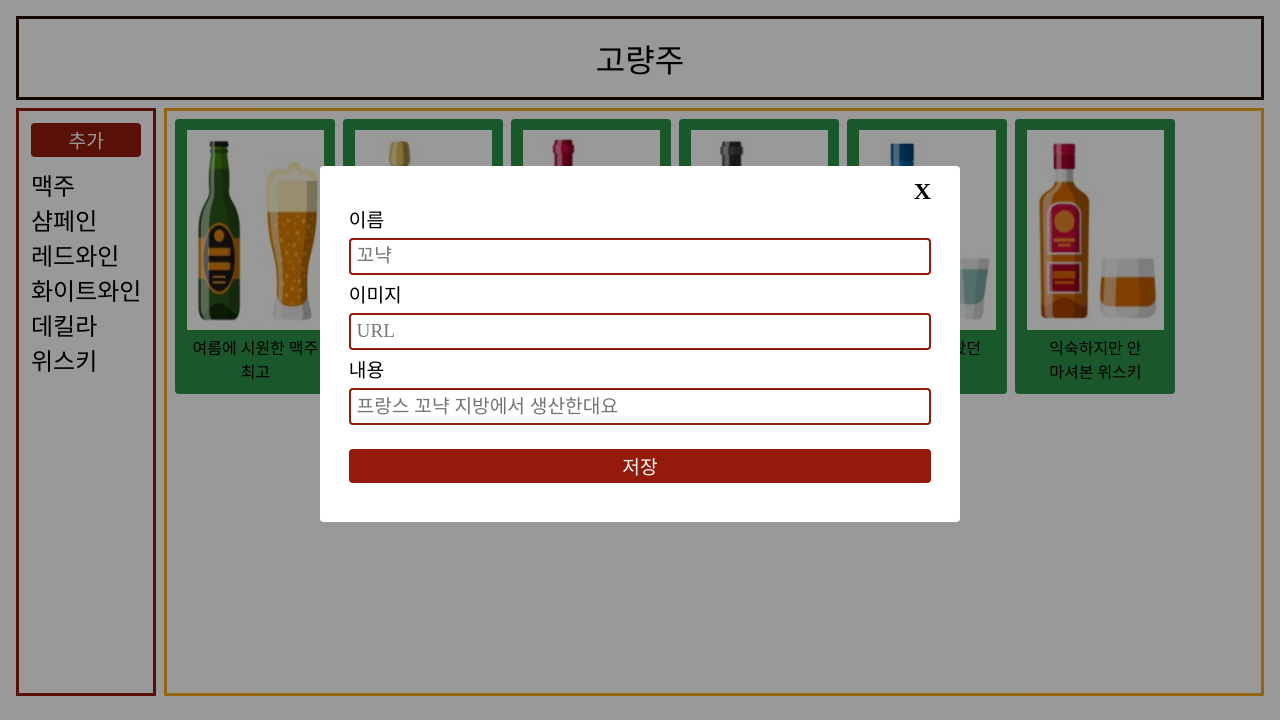
Repository: Jay-JYKim91/grj_2nd_week
Page: index.html
The author's editor kept a copy of each file at every save. The page is drawn from the files as they stood at one save, then again after the next save.
The browser window is 1280 px wide. The pictures show the whole page.
Some web fonts or font styles are not loaded; a fallback is used.

Above is the page before, as saved 2022-05-16 17:10:58.

After the next save:
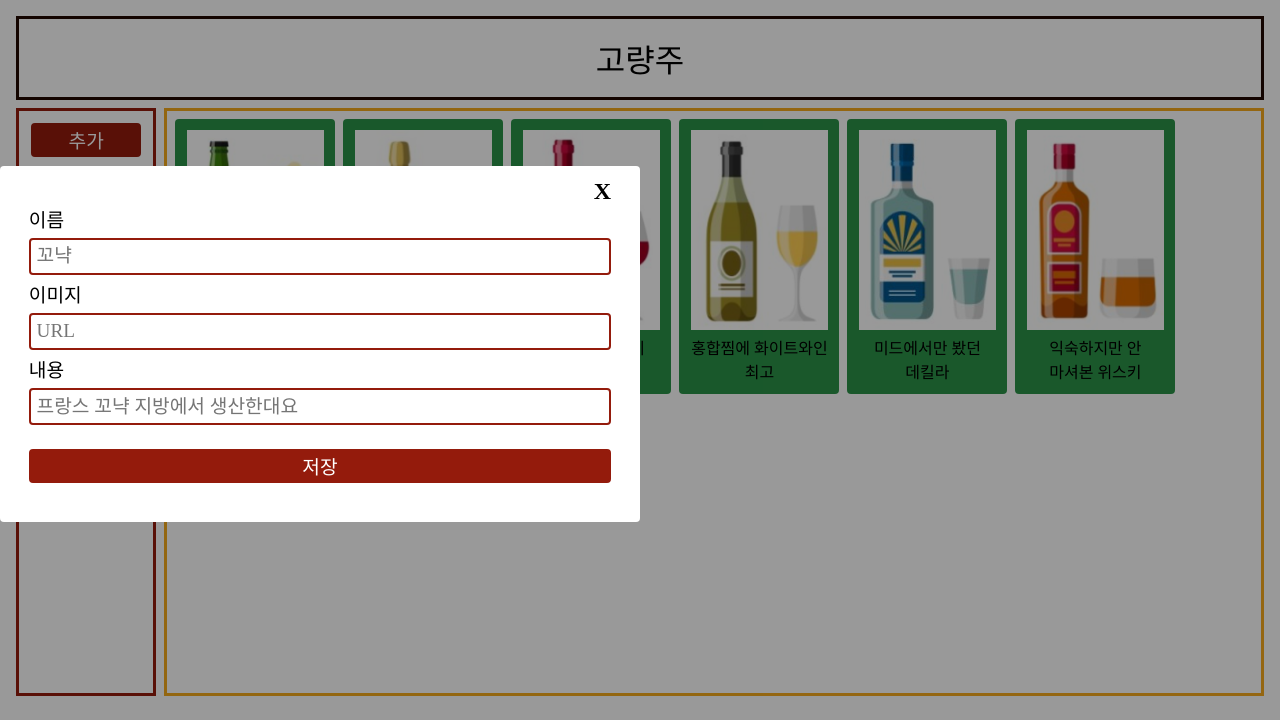
Saved 22 s later.
--- a/styles.css
+++ b/styles.css
@@ -106,13 +106,11 @@ aside {
   width: 100%;
   height: 100%;
   overflow: auto;
-  /* background-color: rgb(0, 0, 0); */
   background-color: rgba(0, 0, 0, 0.4);
 }
 
-/* Modal Content/Box */
 .modal-content {
-  position: relative;
+  position: fixed;
   background-color: white;
   margin: 13% auto; /* 15% from the top and centered */
   padding: 2em 1.5em 1.5em 1.5em;
